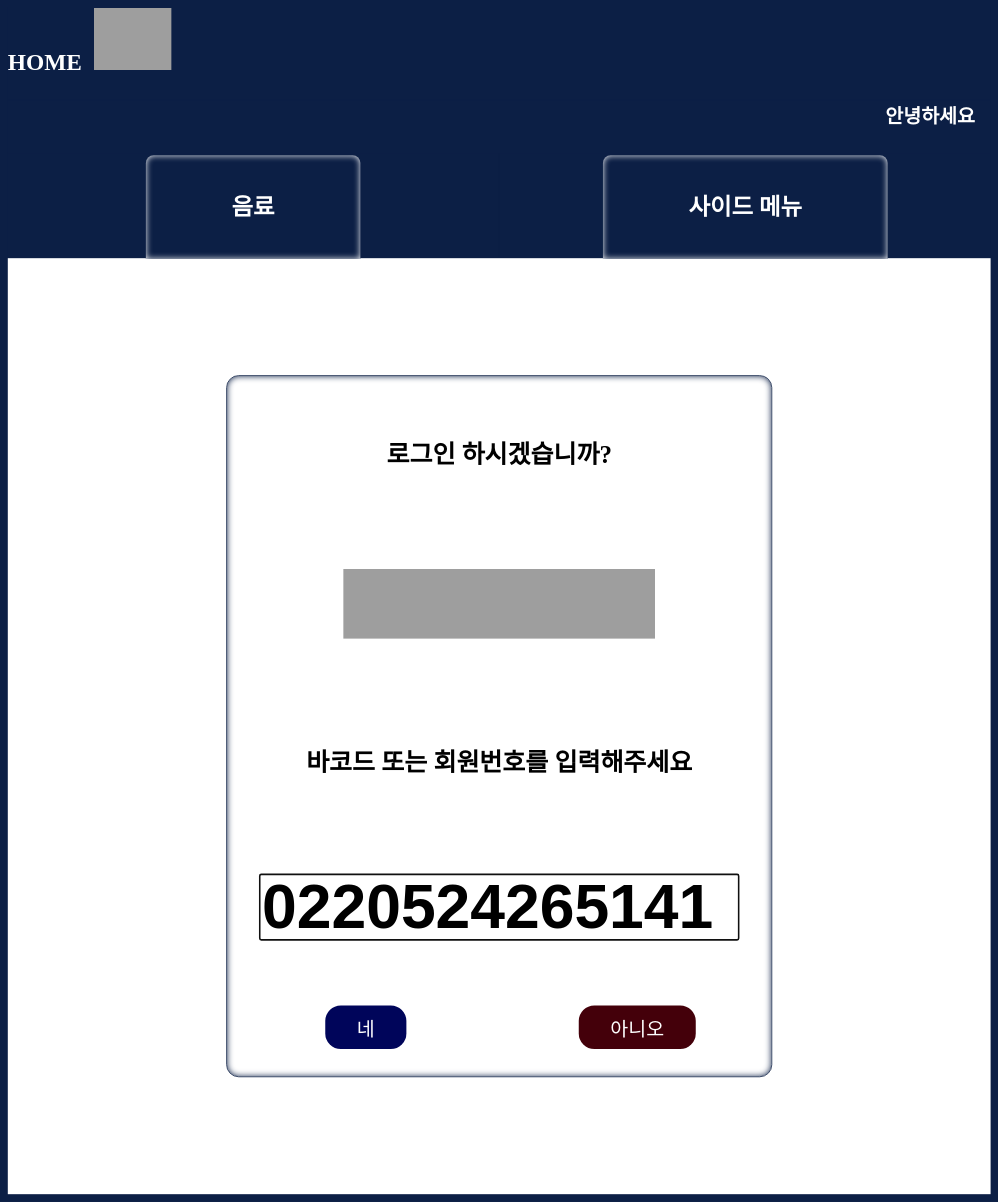
Repository: DevJoeYC/Metabukcs
Page: http://localhost/metabucks/KIOSK/login.jsp
The author's editor kept a copy of each file at every save. The page is drawn from the files as they stood at one save, then again after the next save.
The browser window is 1280 px wide. The pictures show the whole page, at 78% of full size.
Pictures or frames that could not be fetched are drawn as grey boxes. The page is served by Tomcat 9. Other server files are loaded and not shown.

Above is the page before, as saved 2022-05-27 06:15:23.

### metabucks/WebContent/KIOSK/login.jsp
<%@ page language="java" contentType="text/html; charset=UTF-8"
    pageEncoding="UTF-8"%>
<%@ include file="includes/head.jsp" %>
<script>
	window.onload = function()
	{
		$("#usernum").focus();
	}

	function DoLogin()
	{
		if($("#usernum").val() == "" || $("#usernum").val() == null)

		{
			alert("회원번호를 입력하세요.");
			$("#usernum").focus();
			return;
		}

		//로그인 처리
		$.ajax({
			type : "post",
			url: "loginok.jsp",
			dataType: "html",
			data:
			{
				usernum: $("#usernum").val()
		    },
			success : function(data)
			{
				data = data.trim();
				if(data == "OK")
				{
					document.location = "drinkmenu.jsp";
				}else
				{
					alert("회원번호가 일치하지 않습니다.");
				}
			}
		});
	}
</script>
<!-- ==================================================================================================================== -->
<tr>
	<td style="background-color:white;padding:150px 0px 150px 0px" colspan=3>
		<form name="login" method="post" action="loginok.jsp" onsubmit="javascript:return false;">
		<table id="login" border="0" height="900" width="700" style="margin : auto; text-align:center">
			<tr>
				<td colspan="2"><h1>로그인 하시겠습니까?</h1></td>
			</tr>
			<tr>
				<td colspan="2"><img src="images/barcode.png" width="400" height="90"></td>
			</tr>
			<tr>
				<td colspan=2><h1>바코드 또는 회원번호를 입력해주세요</h1></td>
			</tr>

			<tr>
				<td colspan=2><input type="text"
									 id="usernum"
									 name="usernum"
									 style="width: 38rem; height: 5rem;font-size: 5rem;font-weight:bold"
									 value="0220524265141">
				</td>
			</tr>

			<tr>
				<td width="350px"><a id="yes" href="javascript:DoLogin();">네</a></td>
				<td><span><a id="no" href="drinkmenu.jsp">아니오</a></span></td>
			</tr>
		</table>
		</form>
	</td>
<!-- ==================================================================================================================== -->
<%@ include file="includes/tail.jsp" %>

### metabucks/WebContent/KIOSK/includes/head.jsp
<%@ page language="java" contentType="text/html; charset=UTF-8"
    pageEncoding="UTF-8"%>
<%@ page import="meta.dto.*" %>
<%@ page import="meta.vo.*" %>
<!DOCTYPE html>

<%
	//session.setMaxInactiveInterval(60*1); //1분후 세션만료(아무 움직임 없을시)
	String id = "";
	accountVO user  = (accountVO) session.getAttribute("accountVO");
	if(user != null)
	{
		id = user.id();
	}
%>
<html>
	<head>

		<title>메타벅스</title>
		<link rel="stylesheet" href="css/kiosk.css"/>
		<script src="js/jquery-3.6.0.js"></script>
	</head>
	<style>

    	</style>
	<body>
		<table border=0  style="width:100%;">
			<tr>
				<td id="bar" colspan="2" style="text-align:left;padding:0px 0px 30px 0px"><a style="color: white;text-decoration:none;" href="index.jsp">HOME &nbsp;<img src="images/CoffeeLogo.png" height="80px" width="100px"></a></td>
			</tr>
			<tr>
				<td id="bar" colspan="2" style="text-align:right; width:100px; height:30px; font-size:25px; padding:0px 20px 30px 0px">
					<%
						if(id == null || id.equals(""))
						{
							%>
								안녕하세요
							<%
						}else
						{
							%>
							( <%= user.name() %> )님 환영합니다 &nbsp;&nbsp;&nbsp;<a id="mypagebtn" href="mypage.jsp">마이페이지</a></td>
							<%
						}
					%>
				</td>
			</tr>
			<tr>
				<td id="bar"  height="130px" width="100px" style="text-align:center"><a id="menu" style="color: white" href="drinkmenu.jsp">음료</a></td>
				<td id="bar" width="130px" style="text-align:center"><a id="menu" style="color: white" href="sidemenu.jsp">사이드 메뉴</a></td>
			</tr>

### metabucks/WebContent/KIOSK/includes/tail.jsp
<%@ page language="java" contentType="text/html; charset=UTF-8"
    pageEncoding="UTF-8"%>
</tr>
		</table>
	</body>
	</html>

### metabucks/WebContent/KIOSK/css/kiosk.css
@charset "UTF-8";

	#indexbar
	{
		font-size:30px
	}
	#abtn
	{
		text-decoration: none;
		background-color: #0C1F45;
		border:dotted;
		color: maroon;
		padding:80px 300px 80px 300px ;
		text-align: center;
		display: inline-block;
		border-radius: 20px 20px 20px 20px;
	}
	#abtn:hover, #abtn:active
	{
		background-color: #471214;
	}

	body
	{
		background-color:#0C1F45;
	}

	#login
	{
		background-color:white;
		border:1px solid #0C1F45;
		border-radius:16px;
		box-shadow:inset 0 0 8px #0C1F45;
	}
	#bar
	{
		background-color:#0C1F45;
		color:white;
		font-size:30px;
		font-weight:bold;
	}
	#menu
	{
		background-color: #0C1F45;
		text-decoration: none;
		padding: 50px 110px;
		border-radius: 10px 10px 0px 0px;
		box-shadow:inset 0 0 8px white;
		font-weight:bold;
	}
	#menu:hover
	{
		background-color: #471214;
	}
	#yes
	{
		text-decoration: none;
		background-color: #00055A;
		color: white;
		padding: 10px 40px;
		text-align: center;
		display: inline-block;
		border-radius: 20px 20px 20px 20px;
		font-size:25px;
	}
	#no
	{
		text-decoration: none;
		background-color: #44000A;
		color: white;
		padding: 10px 40px;
		text-align: center;
		display: inline-block;
		border-radius: 20px 20px 20px 20px;
		font-size:25px;
	}

	#optbtn
	{
		background-Color:#0C1F45;
		font:12px;
		font-weight:bold;
		color:white;
		border-radius: 10px 10px 10px 10px;
		font-size:20px;
	}
	#optbtn:hover
	{
		background-Color:#085820;
	}
	#optbtn:visited
	{
		background-Color:#085820;
	}
	#mypagebtn
	{
		text-decoration: none;
		background-color: white;
		color:black;
		padding: 10px 20px;
		display: inline-block;
		border-radius: 20px 20px 20px 20px;
		font-weight:bold;
		font-size:15px
	}

	#orderbtn
	{
		text-decoration: none;
		background-color: white;
		color: black;
		padding: 30px 190px;
		display: inline-block;
		border-radius: 10px 10px 10px 10px;;
		font-weight:bold;
		font-size:30px
	}
	#cancelbtn
	{
		text-decoration: none;
		background-color: #660010;
		color: white;
		padding: 60px 100px;
		display: inline-block;
		border-radius: 10px 10px 10px 10px;;
		font-weight:bold;
		font-size:30px;
	}

Loaded but not shown: metabucks/WebContent/KIOSK/js/jquery-3.6.0.js (library)

After the next save:
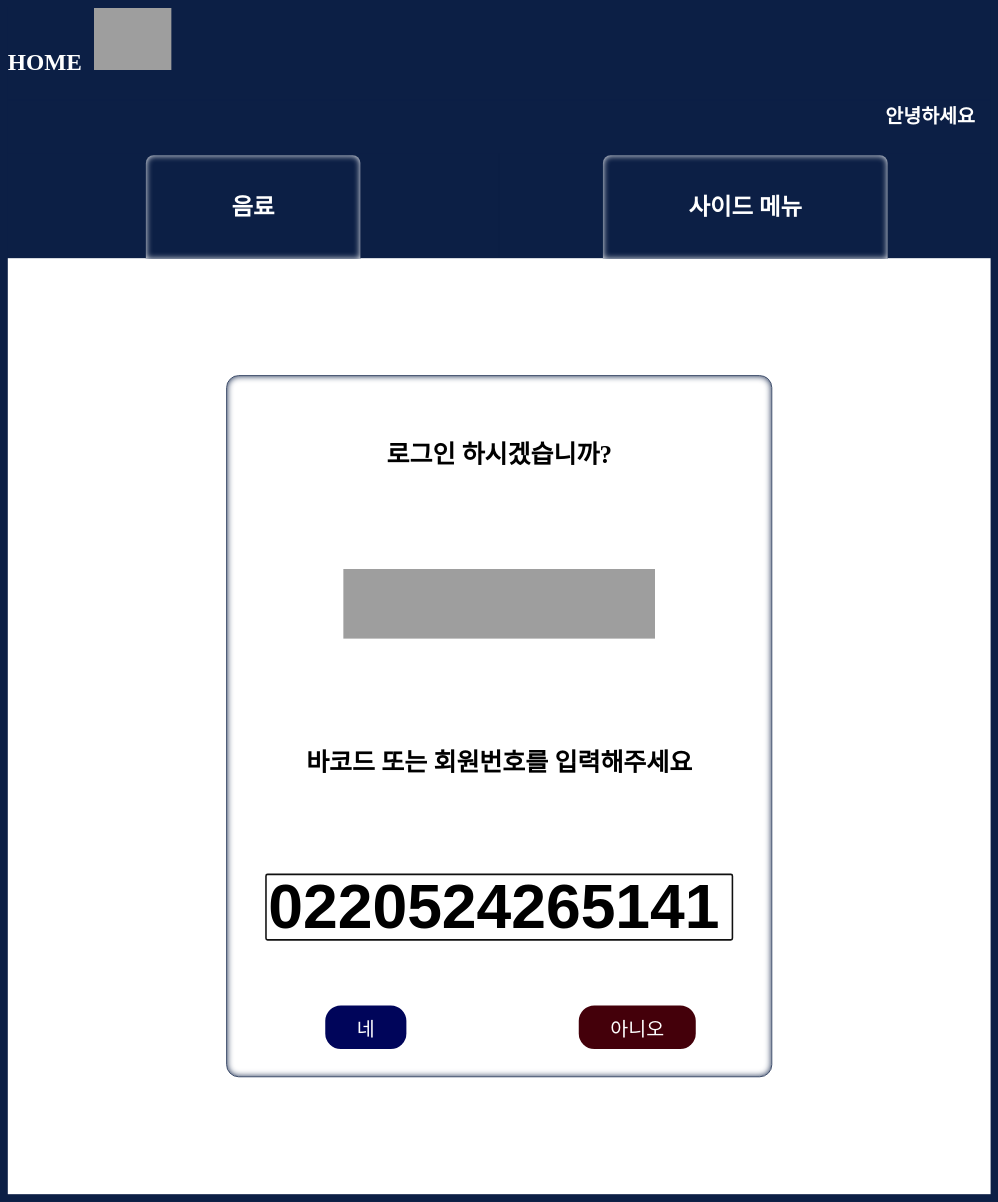
Saved 7 s later.
--- a/metabucks/WebContent/KIOSK/login.jsp
+++ b/metabucks/WebContent/KIOSK/login.jsp
@@ -59,7 +59,7 @@
 				<td colspan=2><input type="text"
 									 id="usernum"
 									 name="usernum"
-									 style="width: 38rem; height: 5rem;font-size: 5rem;font-weight:bold"
+									 style="width: 37rem; height: 5rem;font-size: 5rem;font-weight:bold"
 									 value="0220524265141">
 				</td>
 			</tr>
